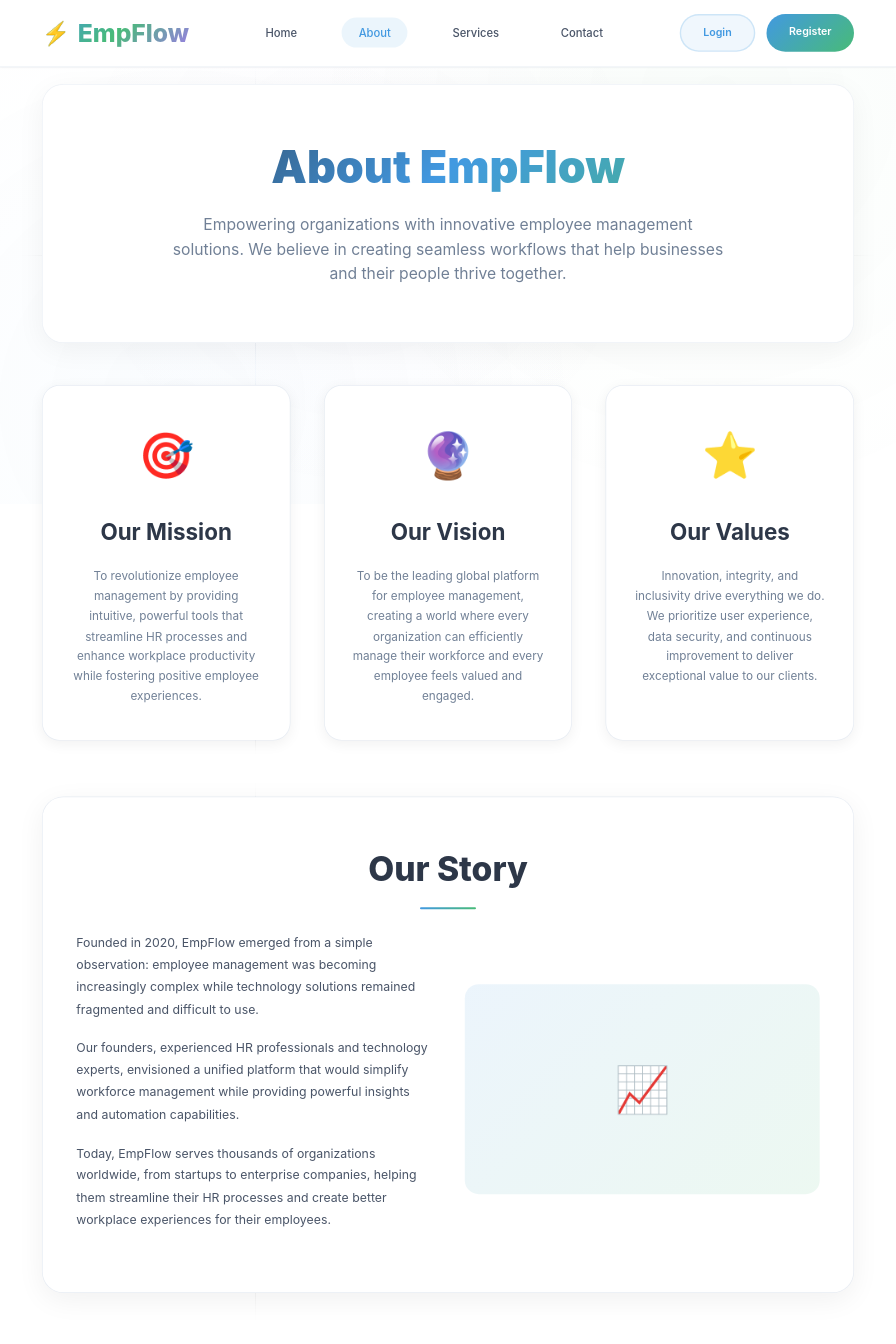
Repository: Shwetannarkhede/EmployeeHub
Page: EmployeeManagemntSystem/src/main/webapp/about.html
The author's editor kept a copy of each file at every save. The page is drawn from the files as they stood at one save, then again after the next save.
The browser window is 1280 px wide. The pictures show the part of the page from y = 0 to 1920 px (the page is 3889 px tall), at 70% of full size.

Above is the page before, as saved 2025-09-22 17:19:06.

After the next save:
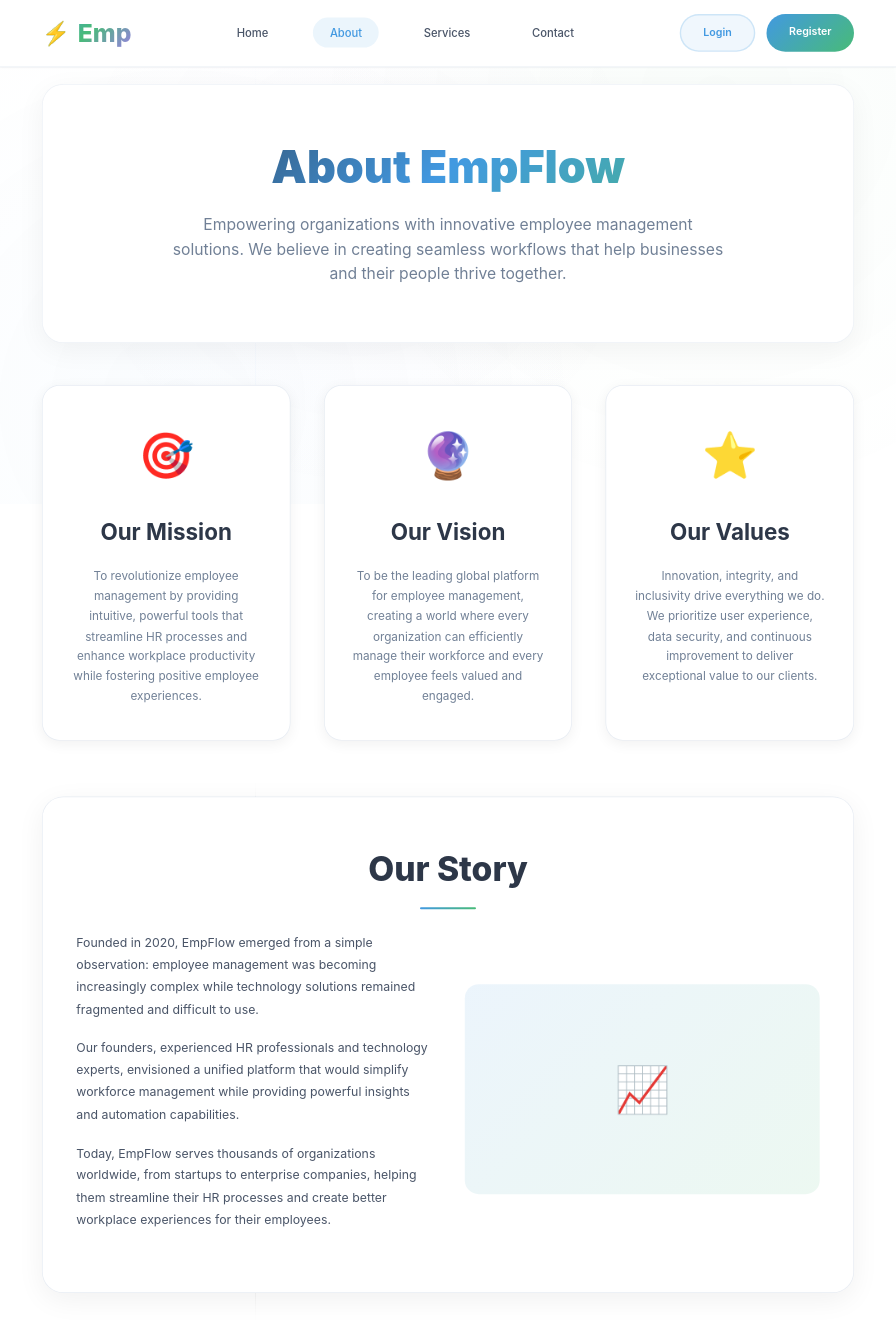
Saved 14 s later.
--- a/EmployeeManagemntSystem/src/main/webapp/about.html
+++ b/EmployeeManagemntSystem/src/main/webapp/about.html
@@ -595,7 +595,7 @@
 <body>
     <header>
         <nav class="container">
-            <a href="/" class="logo">EmpFlow</a>
+            <a href="/" class="logo">Emp</a>
             <ul class="nav-links">
                 <li><a href="/">Home</a></li>
                 <li><a href="/about" class="active">About</a></li>
